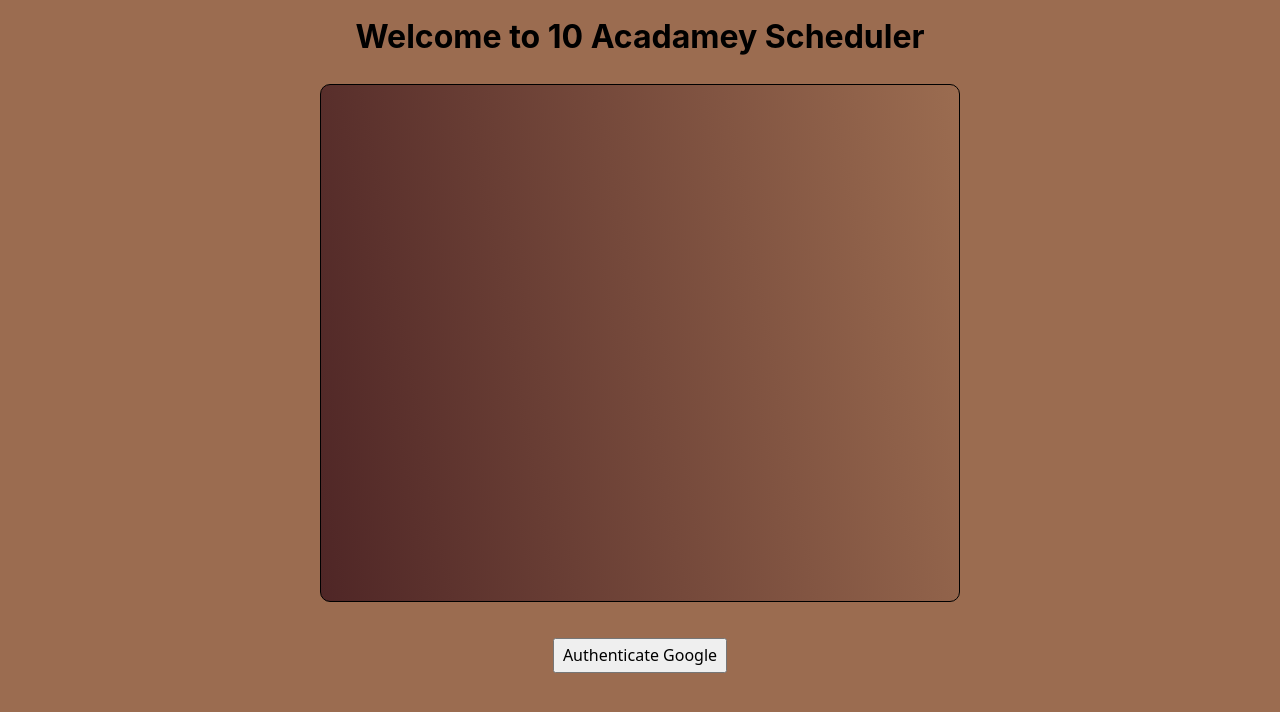
Repository: nebilarega/calendar-extractor
Page: / (app in frontend/)
These files come from the project's save history. The page is drawn as it stood at one moment and after the next save; the edit follows.
The browser window is 1280 px wide. The pictures show the whole page.
The project was rebuilt for these pictures with package versions that can differ from the ones it lists, and the page was loaded fresh each time.

Above is the page before, as saved 2022-08-24 23:34:58.

### frontend/src/App.js
import "./App.css";
import { GoogleOAuthProvider } from "@react-oauth/google";
import { GoogleLogin } from "@react-oauth/google";
import { useState } from "react";
import axios from "axios";

import LandingPage from "./component/LandingPage";

const sampleData = {
  submmary: "Nebil this is a new event",
  description: "A chance to hear more about Google's developer products.",
  location: "800 Howard St., San Francisco, CA 94103",
  start: "August 23, 2022 8:00 AM UTC",
  end: "August 23, 2022 9:00 AM UTC",
  hangoutLink: "meet.google.com/ysb-kjdn-hpp",
};
const App = () => {
  let url;
  const [disabled, setDisabled] = useState(false);
  const responseGoogle = (response) => {
    const code = response;
    axios
      .post("/api/create-tokens", code)
      .then((response) => {
        console.log("response", response.data);
      })
      .catch((error) => {
        console.log(error);
      });
  };
  const responseError = (response) => {
    console.log(response);
  };
  const getUrl = () => {
    axios.get("/api/create-token-v2").then((response) => {
      url = response.data.url;
      if (url) {
        setDisabled(true);
      }
      window.open(url, "_blank");
    });
  };
  const handleClick = () => {
    axios.post("/api/create-events", sampleData).then((response) => {
      console.log("response", response.data);
    });
  };
  return (
    <div className="App" style={{ height: "100vh" }}>
      <LandingPage
        disabled={disabled}
        getUrl={getUrl}
        handleClick={handleClick}
      ></LandingPage>
    </div>
  );
};

export default App;

### frontend/src/App.css
.App {
  text-align: center;
}

.App-logo {
  height: 40vmin;
  pointer-events: none;
}

@media (prefers-reduced-motion: no-preference) {
  .App-logo {
    animation: App-logo-spin infinite 20s linear;
  }
}

.App-header {
  background-color: #282c34;
  min-height: 100vh;
  display: flex;
  flex-direction: column;
  align-items: center;
  justify-content: center;
  font-size: calc(10px + 2vmin);
  color: white;
}

.App-link {
  color: #61dafb;
}

@keyframes App-logo-spin {
  from {
    transform: rotate(0deg);
  }
  to {
    transform: rotate(360deg);
  }
}
.center {
  display: flex;
  justify-content: center;
  align-items: center;
}
.academy {
  width: 100%;
  height: 50vh;
  border-radius: 10px;
  display: flex;
  flex-direction: column;
  justify-content: space-between;
  align-items: center;
  /* margin-left: 10%; */
  /* margin-right: 10%; */
}
.academy-calendar {
  margin-top: 20%;
  font-size: 30px;
}

### frontend/src/component/LandingPage.js
import "../css/landing.css";

const LandingPage = ({ disabled, handleClick, getUrl }) => {
  return (
    <div className="main">
      <header className="header">
        <span className="title"> Welcome to 10 Acadamey Scheduler</span>
      </header>
      <main className="body">
        <div className="card"></div>
        <div className="footer">
          {!disabled ? (
            <div>
              <button className="google__api" onClick={getUrl}>
                Authenticate Google
              </button>
            </div>
          ) : (
            <div>
              <button className="post__event" onClick={handleClick}>
                Post Event
              </button>
            </div>
          )}
        </div>
      </main>
    </div>
  );
};

export default LandingPage;

### frontend/src/css/landing.css
/* Box sizing rules */
*,
*::before,
*::after {
  box-sizing: border-box;
}

/* Remove default margin */
body,
h1,
h2,
h3,
h4,
p,
figure,
blockquote,
dl,
dd {
  margin: 0;
}

/* Remove list styles on ul, ol elements with a list role, which suggests default styling will be removed */
ul[role="list"],
ol[role="list"] {
  list-style: none;
}

/* Set core root defaults */
html:focus-within {
  scroll-behavior: smooth;
}

/* A elements that don't have a class get default styles */
a:not([class]) {
  text-decoration-skip-ink: auto;
}

/* Make images easier to work with */
img,
picture {
  max-width: 100%;
  display: block;
}

/* Inherit fonts for inputs and buttons */
input,
button,
textarea,
select {
  font: inherit;
}

/* The remaining page */
.main {
  width: 100%;
  height: 100%;
  background-color: #9b6c50;
}
.header {
  width: 100%;
  height: 10vh;
  background-image: linear-gradient();
  background-color: "cyan";
  display: flex;
  justify-content: center;
  align-items: center;
}
.title {
  font-size: 2rem;
  font-weight: bold;
  color: "yellow";
}
.body {
  width: 100%;
  height: 90vh;
  background-color: "gray";
  display: flex;
  flex-direction: column;
  justify-content: center;
  align-items: center;
}
.card {
  width: 50%;
  height: 80%;
  border: 1px solid black;
  display: flex;
  border: 1px solid black;
  border-radius: 10px;
  justify-content: center;
  align-items: center;
  background-image: linear-gradient(260deg, #9b6c50 0%, #4f2626 100%);
}
button {
  margin: 2.2rem;
  height: 2.2rem;
  padding-left: 0.5rem;
  padding-right: 0.5rem;
  font-family: system-ui, -apple-system, BlinkMacSystemFont, "Segoe UI", Roboto,
    Oxygen, Ubuntu, Cantarell, "Open Sans", "Helvetica Neue", sans-serif;
}

Loaded but not shown: frontend/public/index.html (common file); frontend/src/index.js (common file); frontend/src/index.css (common file)

After the next save:
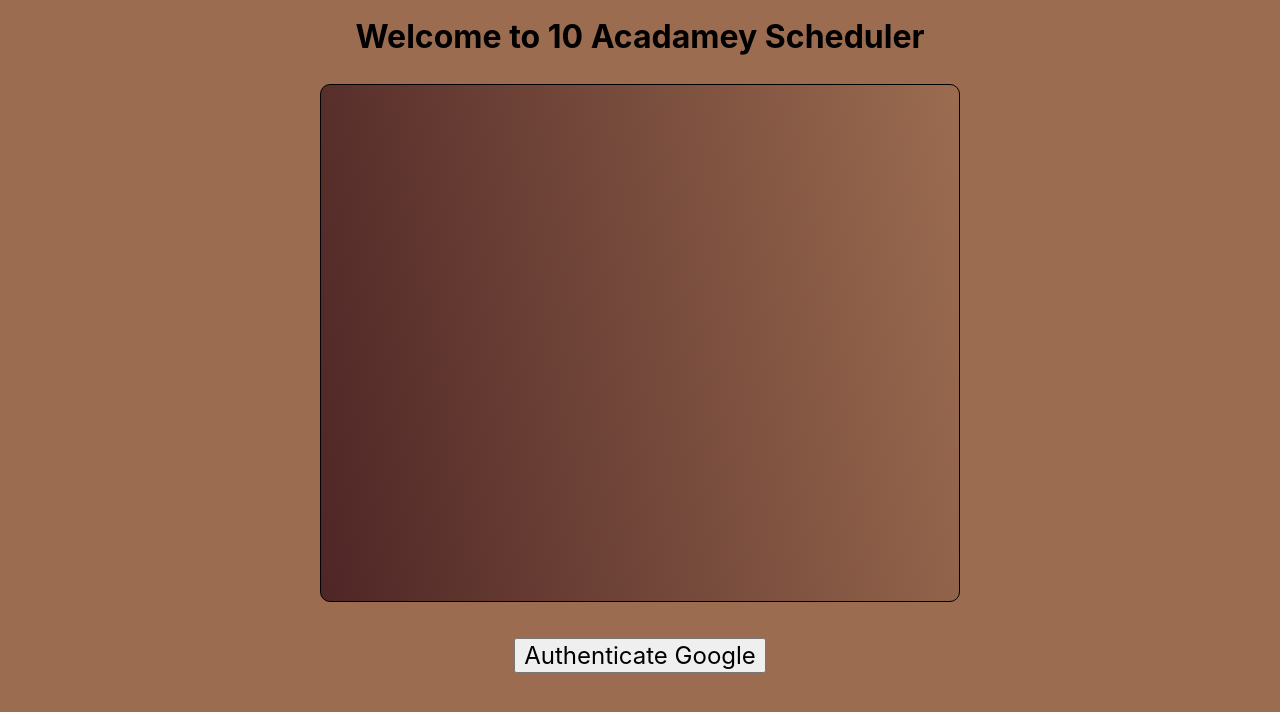
Saved 36 s later.
--- a/frontend/src/css/landing.css
+++ b/frontend/src/css/landing.css
@@ -95,6 +95,5 @@
   height: 2.2rem;
   padding-left: 0.5rem;
   padding-right: 0.5rem;
-  font-family: system-ui, -apple-system, BlinkMacSystemFont, "Segoe UI", Roboto,
-    Oxygen, Ubuntu, Cantarell, "Open Sans", "Helvetica Neue", sans-serif;
+  font-size: 1.5rem;
 }
